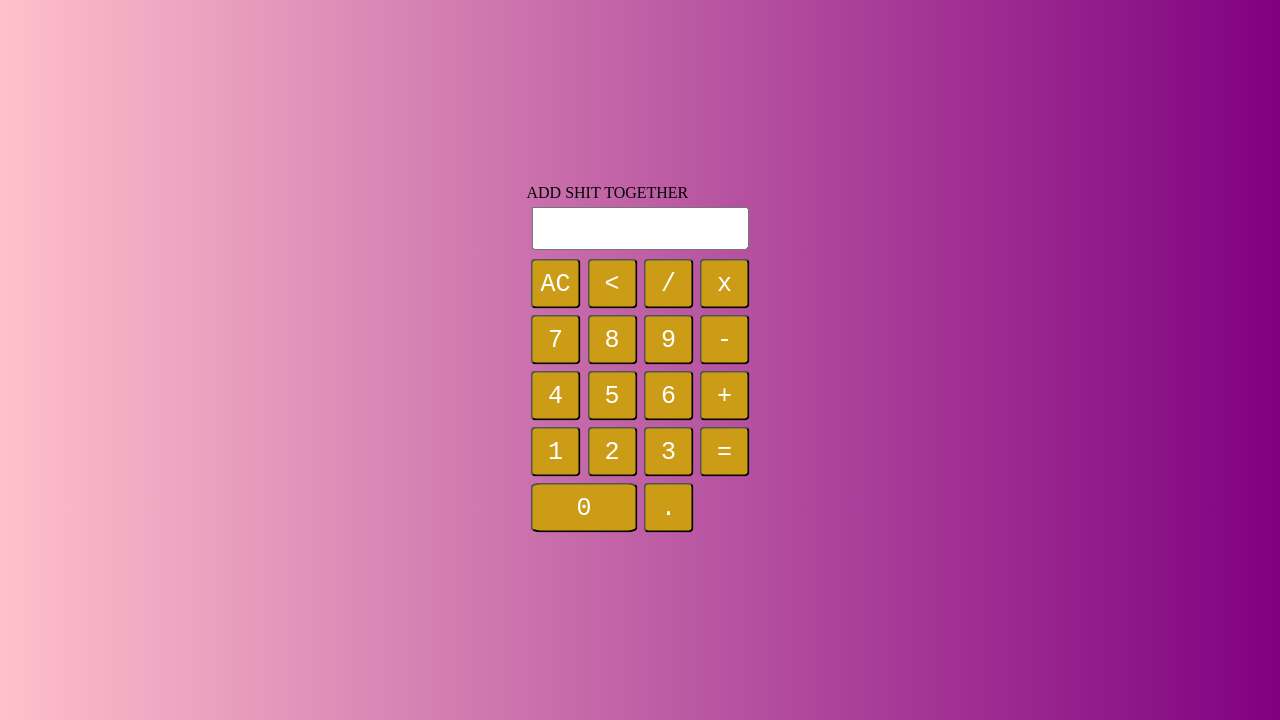
Repository: lacey-crenshaw/calculator
Page: index.html
These files come from the project's save history. The page is drawn as it stood at one moment and after the next save; the edit follows.
The browser window is 1280 px wide. The pictures show the whole page.
Some web fonts or font styles are not loaded; a fallback is used.

Above is the page before, as saved 2020-02-14 10:20:01.

### index.html
<html>

<head>
    <link href="https://fonts.googleapis.com/css?family=Cutive+Mono&display=swap" rel="stylesheet">
    <link rel="stylesheet" href="style.css">
    <script>
        function insert(num) {
            document.form.textview.value = document.form.textview.value + num
        }

        function equal() {
            let exp = document.form.textview.value;
            if (exp) {
                document.form.textview.value = eval(exp)
            }
        }

        function ac() {
            document.form.textview.value = "";
        }

        function back() {
            let exp = document.form.textview.value;
            document.form.textview.value = exp.substring(0, exp.length - 1);
        }
    </script>
</head>

<body>
    <div class="bg"></div>
    <div class="main">
        <form name="form">
            <label class="labelText" for="form">ADD SHIT TOGETHER</label><br>
            <input class="textview" name="textview">
        </form>
        <table>
            <tr>
                <td><input class="button" type="button" value="AC" onclick="ac()"> </td>
                <td><input class="button" type="button" value="<" onclick="back()"> </td>
                <td><input class="button" type="button" value="/" onclick="insert('/')"> </td>
                <td><input class="button" type="button" value="x" onclick="insert('*')"> </td>
            </tr>
            <tr>
                <td><input class="button" type="button" value="7" onclick="insert(7)"></td>
                <td><input class="button" type="button" value="8" onclick="insert(8)"> </td>
                <td><input class="button" type="button" value="9" onclick="insert(9)"> </td>
                <td><input class="button" type="button" value="-" onclick="insert('-')"> </td>
            </tr>
            <tr>
                <td><input class="button" type="button" value="4" onclick="insert(4)"> </td>
                <td><input class="button" type="button" value="5" onclick="insert(5)"> </td>
                <td><input class="button" type="button" value="6" onclick="insert(6)"> </td>
                <td><input class="button" type="button" value="+" onclick="insert('+')"> </td>
            </tr>
            <tr>
                <td><input class="button" type="button" value="1" onclick="insert(1)"> </td>
                <td><input class="button" type="button" value="2" onclick="insert(2)"> </td>
                <td><input class="button" type="button" value="3" onclick="insert(3)"> </td>
                <td><input class="button" type="button" value="=" onclick="equal()"></td>
            </tr>
            <tr>
                <td colspan="2"><input class="button" id="zero" type="button" value="0" onclick="insert(0)">
                </td>
                <td><input class="button" type="button" value="." onclick="insert('.')"> </td>
            </tr>
        </table>
    </div>
</body>

</html>

### style.css
*{
    margin:0;
    padding:0;
}

.button {
    width: 50;
    height: 50;
    font-size: 25;
    margin: 2;
    cursor: pointer;
    background:  #cc9c17;
    color: white;
    font-family: 'Cutive Mono', monospace;
    border-radius: 10%;

}

.textview {
    width: 217;
    margin: 5;
    font-size: 25;
    padding: 5;
    color: #2b2d36;;
    font-family: 'Cutive Mono', monospace;

}

.labelText {
    align-items: center;
}

.main {
    position: absolute;
    top: 50%;
    left: 50%;
    transform: translateX(-50%) translateY(-50%);
}

.bg {
    background: linear-gradient(to right, pink, purple);
    height: 100%;
}

#zero {
    width: 107;
}

After the next save:
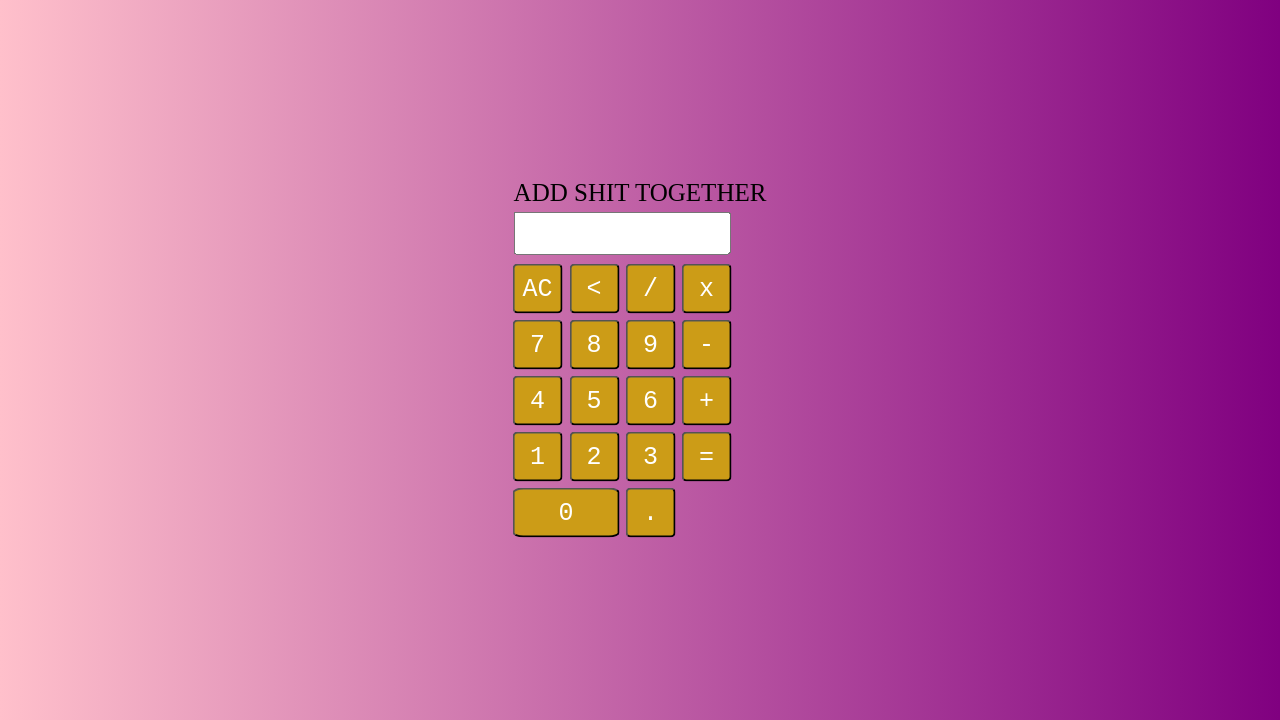
Saved 27 s later.
--- a/style.css
+++ b/style.css
@@ -27,7 +27,10 @@
 }
 
 .labelText {
-    align-items: center;
+    width: 217;
+    margin: 5;
+    font-size: 25;
+
 }
 
 .main {
